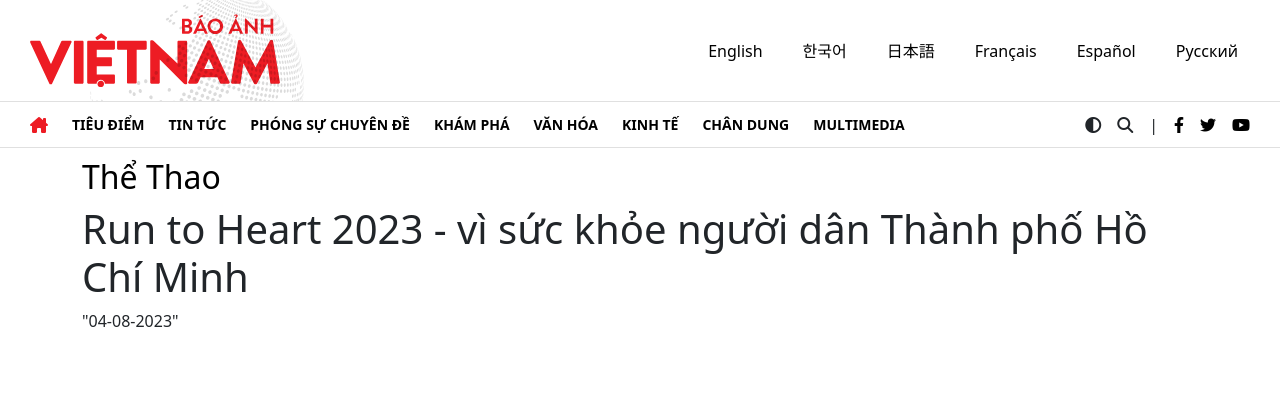
Repository: kietdotshp/webtintuc
Page: Detail.html
These files come from the project's save history. The page is drawn as it stood at one moment and after the next save; the edit follows.
The browser window is 1280 px wide. The pictures show the whole page.
Some icons come from a web library that is not loaded, so they are not drawn. Some web libraries are served in a nearby version.

Above is the page before, as saved 2023-08-10 15:53:02.

After the next save:
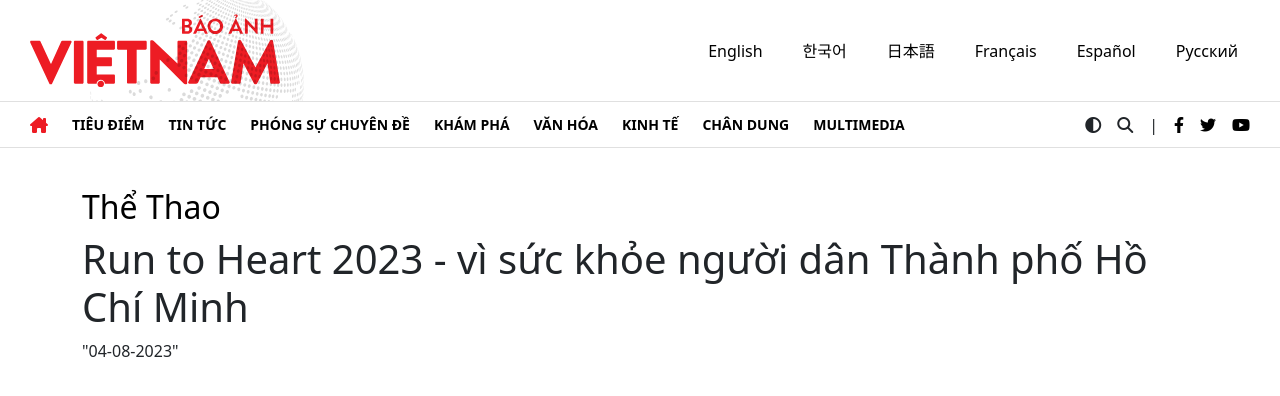
Saved 4 s later.
--- a/assets/css/detail.css
+++ b/assets/css/detail.css
@@ -232,5 +232,5 @@
     color: var(--main-red-color);
   }
   .detailmenu{
-    margin-top: 10px;
-  }
+    margin-top: 40px;
+  }
